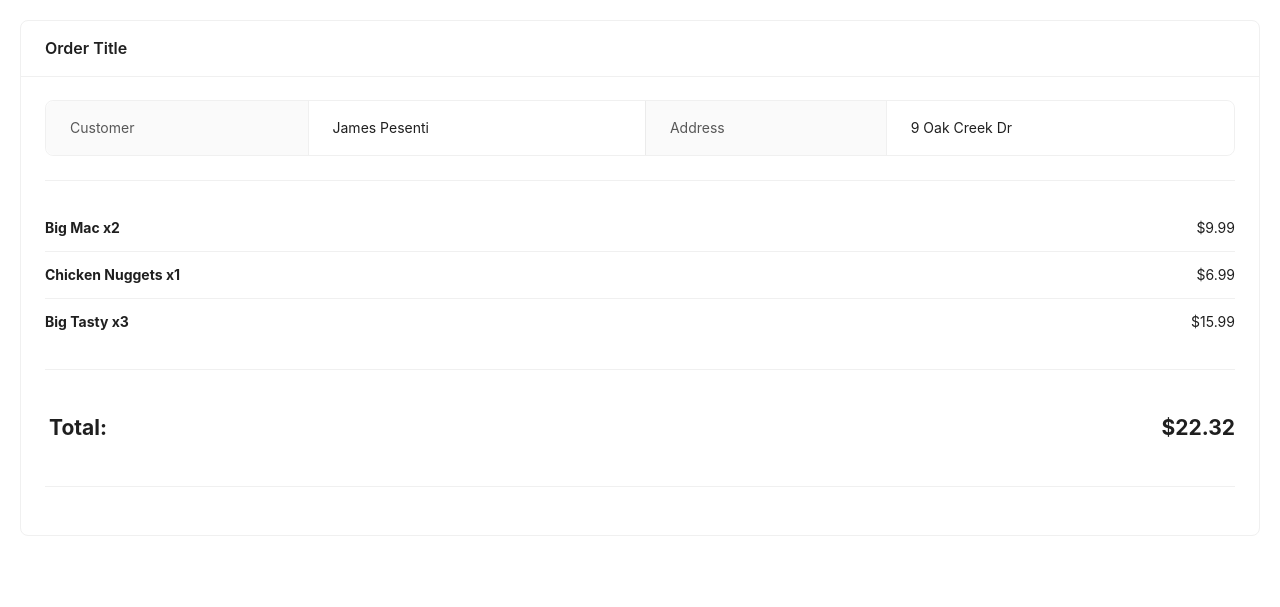
Repository: JamesPesenti/UberEatsDashboard
Page: /
These files come from the project's save history. The page is drawn as it stood at one moment and after the next save; the edit follows.
The browser window is 1280 px wide. The pictures show the whole page.
The project was rebuilt for these pictures with package versions that can differ from the ones it lists, and the page was loaded fresh each time.

Above is the page before, as saved 2023-02-24 15:56:36.

### src/index.js
import React from 'react';
import ReactDOM from 'react-dom/client';
import './index.css';
import App from './App';
// import "antd/dist/antd.css"


const root = ReactDOM.createRoot(document.getElementById('root'));
root.render(
  <React.StrictMode>
    <App />
  </React.StrictMode>
);

### src/App.js
import { Card, Descriptions, Divider, List, Button } from "antd"
import dishes from "../src/data/dishes.json"


function App() {
  return (
    <>
      <Card title={'Order Title'} style={{ margin: 20, marginVertical: 50}}>
        <Descriptions bordered column={{lg: 1, md: 1, sm: 1}}>
          <Descriptions.Item label="Customer">James Pesenti</Descriptions.Item>
          <Descriptions.Item label="Address">9 Oak Creek Dr</Descriptions.Item>
        </Descriptions>
        <Divider />
        <List
          dataSource={dishes}
          renderItem={(dishItem) => (
            <List.Item>
              <div style={{fontWeight: "bold"}}>{dishItem.name} x{dishItem.quantity}</div>
              <div>${dishItem.price}</div>
            </List.Item>
          )}
        />
        <Divider />
        <div style={styles.totalContainer}>
          <h2>Total:</h2>
          <h2 style={styles.totalPrice}>$22.32 </h2>
        </div>
        <Divider />
      </Card>
    </>
  );
}

const styles = {
  totalContainer: {
    flexDirection: "row",
    display: "flex",
    paddingLeft: 4
  },
  totalPrice: {
    marginLeft: "auto",
    fontWeight: "bold"
  }
}

export default App;

Loaded but not shown: public/index.html (common file); src/index.css (common file); src/data/dishes.json (common file)

After the next save:
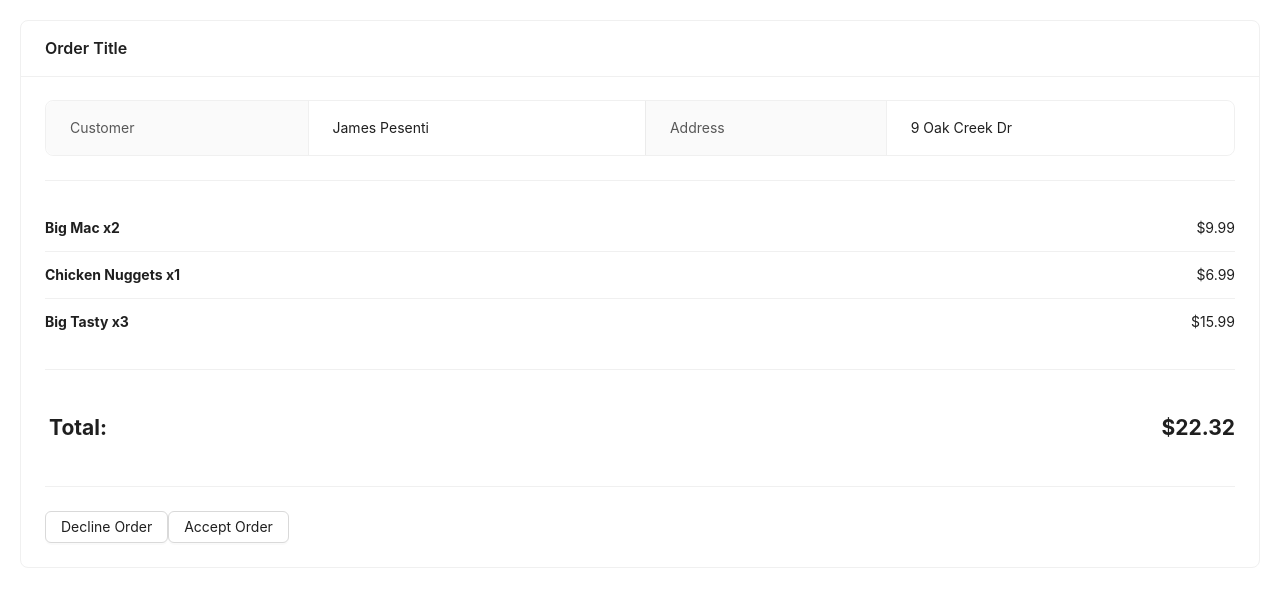
Saved 15 h 6 min later.
--- a/src/App.js
+++ b/src/App.js
@@ -26,6 +26,14 @@
           <h2 style={styles.totalPrice}>$22.32 </h2>
         </div>
         <Divider />
+        <div style={styles.buttonContainer}>
+            <Button>
+              Decline Order
+            </Button>
+            <Button>
+              Accept Order
+            </Button>
+        </div>
       </Card>
     </>
   );
@@ -40,7 +48,8 @@
   totalPrice: {
     marginLeft: "auto",
     fontWeight: "bold"
-  }
+  },
+  buttonContainer: {},
 }
 
 export default App;
